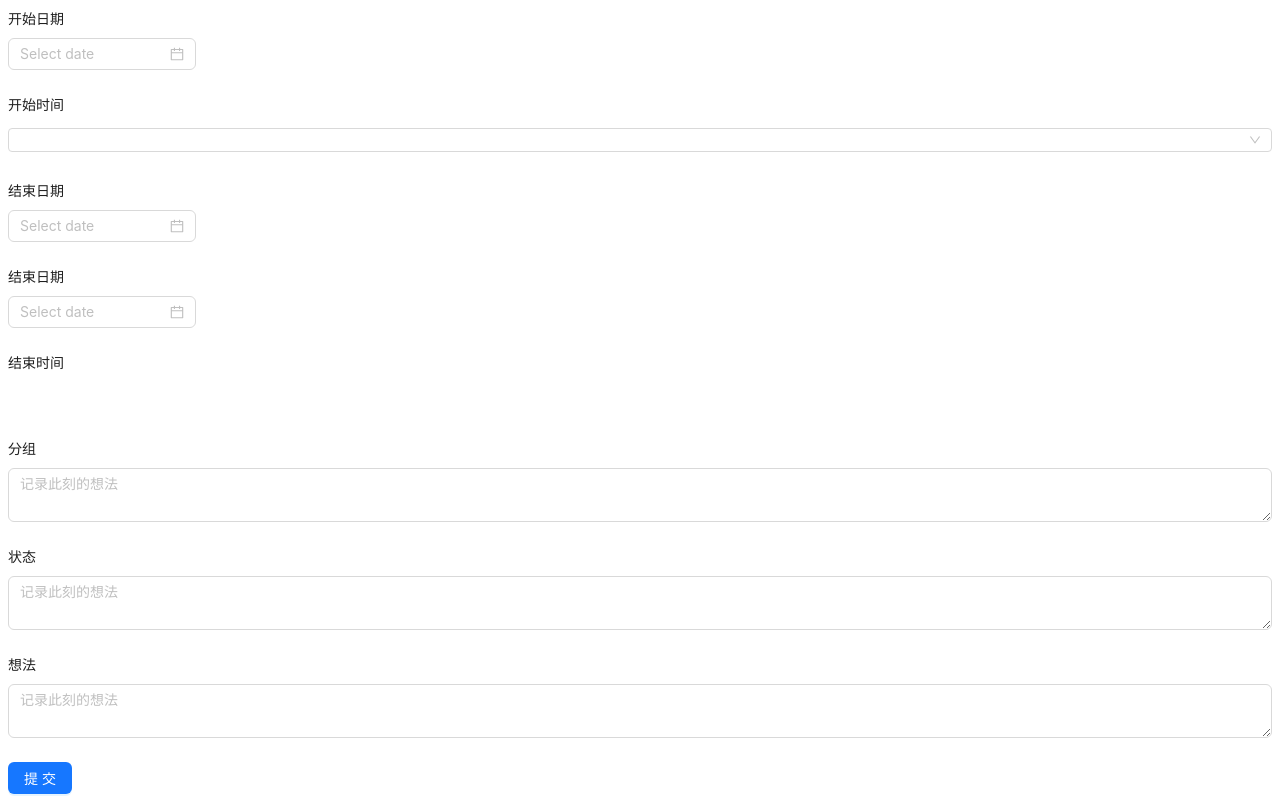
Repository: wujieli0207/time-value-app
Page: /
The author's editor kept a copy of each file at every save. The page is drawn from the files as they stood at one save, then again after the next save.
The browser window is 1280 px wide. The pictures show the whole page.
The project was rebuilt for these pictures with package versions that can differ from the ones it lists, and the page was loaded fresh each time. Also part of the build but not shown: vite.config.ts.

Above is the page before, as saved 2024-01-29 10:51:39.

After the next save:
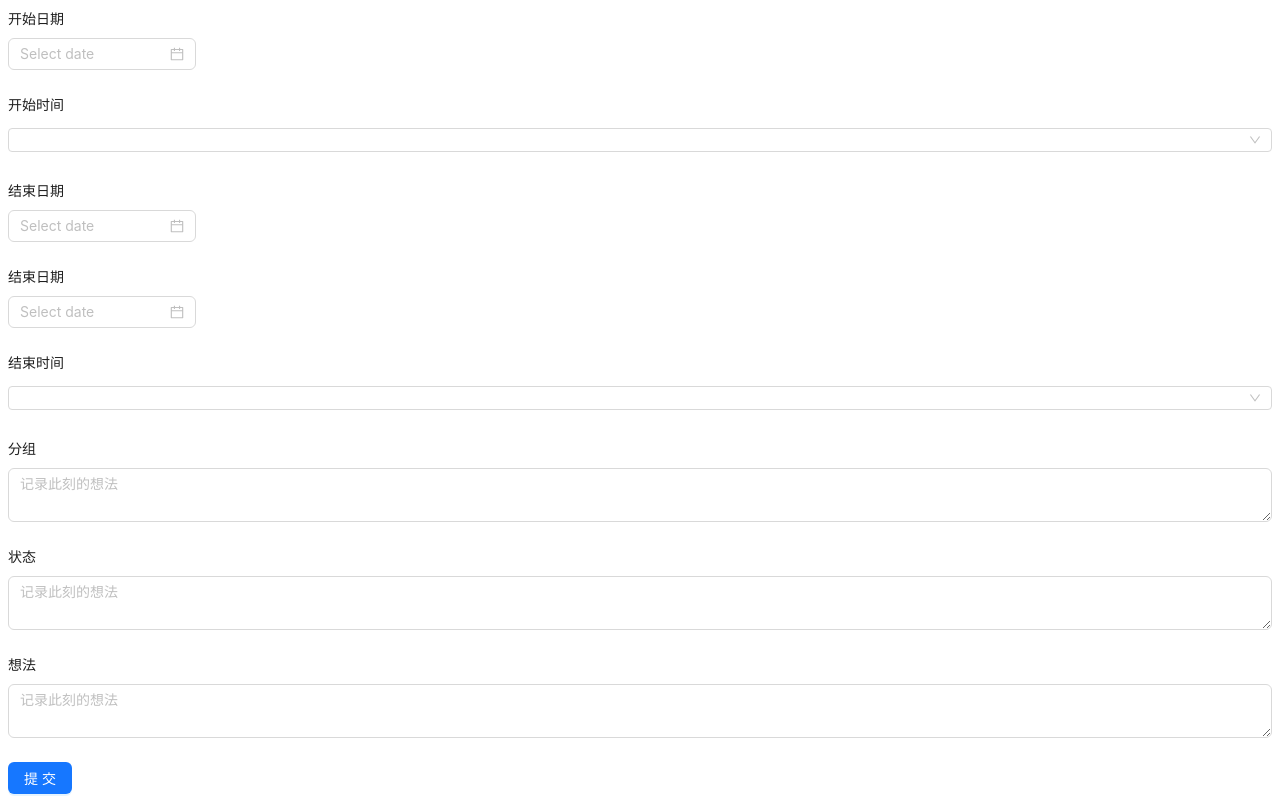
Saved 13 s later.
--- a/src/App.tsx
+++ b/src/App.tsx
@@ -52,7 +52,9 @@ function App() {
         <Form.Item<FieldType> name="endDate" label="结束日期">
           <DatePicker />
         </Form.Item>
-        <Form.Item<FieldType> name="endTime" label="结束时间"></Form.Item>
+        <Form.Item<FieldType> name="endTime" label="结束时间">
+          <Select size="small" options={timeRange} />
+        </Form.Item>
 
         <Form.Item<FieldType> name="catagoryId" label="分组">
           <Input.TextArea placeholder="记录此刻的想法" />
